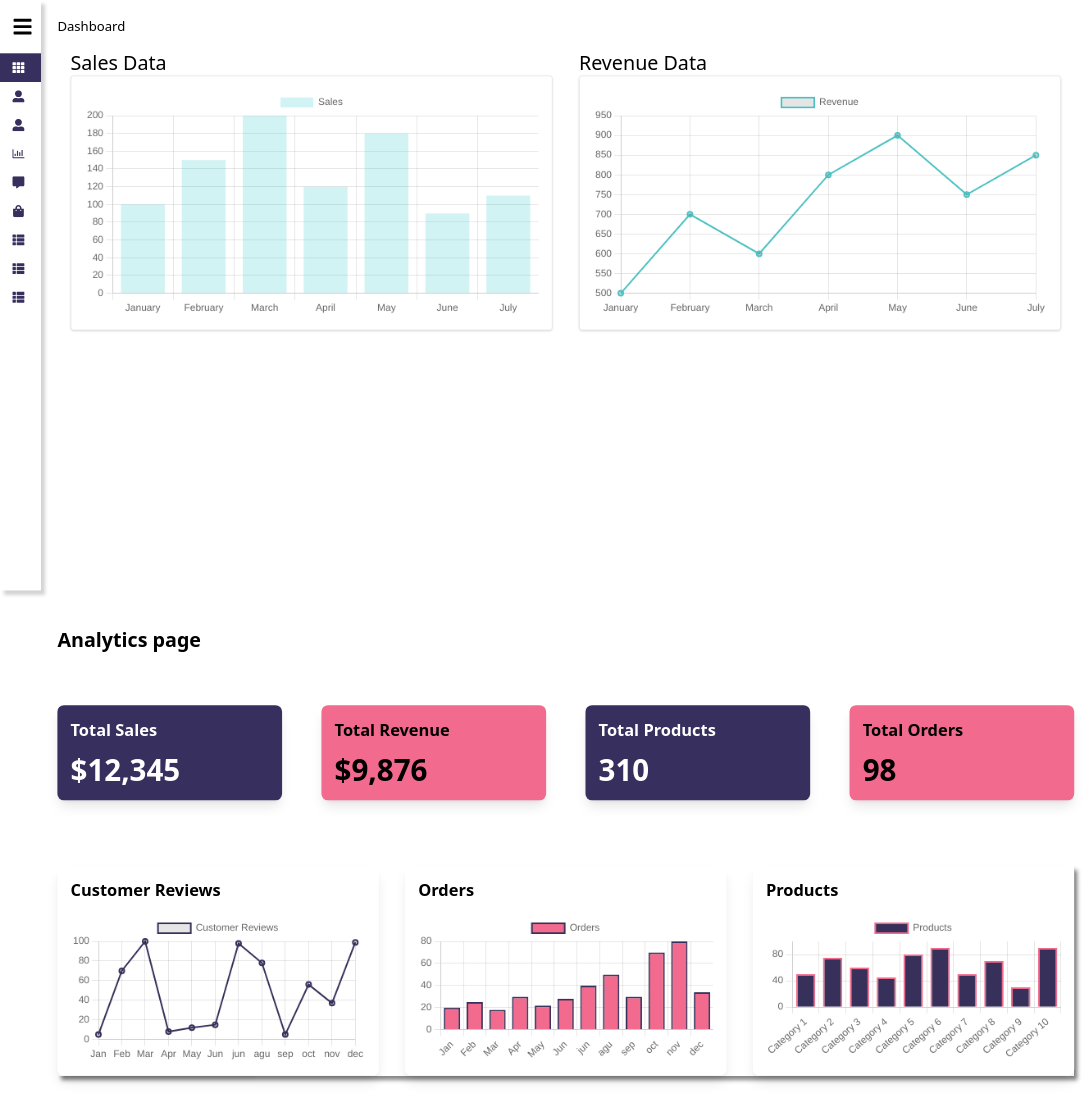
Repository: AndargWorku12/admin-dashboard
Page: /
An editor plug-in stored every save of this project. The page is shown before and after the next save, followed by the edit.
The browser window is 1280 px wide. The page is 1330 px wide, so the pictures cover 1330 px, including what lies to the right of the window. The pictures show the whole page, at 82% of full size.
The project was rebuilt for these pictures with package versions that can differ from the ones it lists, and the page was loaded fresh each time. Also part of the build but not shown: src/styles/orders.css, src/pages/OrderTable.tsx, src/pages/OrderModal.tsx, src/pages/Orders.tsx, src/pages/CategoryDropdown.tsx, src/pages/CategoryModal.tsx, src/pages/CategoryPage.tsx, src/styles/login.css and 9 more.

Above is the page before, as saved 2024-02-02 03:10:47.

### src/index.tsx
import { ColorModeScript } from "@chakra-ui/react"
import * as React from "react"
import * as ReactDOM from "react-dom/client"
import App from "./App"
import './index.css'

const container = document.getElementById("root")
if (!container) throw new Error('Failed to find the root element');
const root = ReactDOM.createRoot(container)

root.render(

  <React.StrictMode>
    <ColorModeScript />
    <App />
  </React.StrictMode>,

)

### src/App.tsx

import React, {useState} from 'react';
import { BrowserRouter, Route, Routes } from 'react-router-dom';
import Sidebar from './components/Sidebar';
import Dashboard from './pages/Dashboard';
// import SignUpForm from './pages/LoginPopup'
import Orders from './pages/Orders';
import Category from './pages/CategoryPage';
import Login from './pages/Login'
import Analytics from './pages/Analytics';
import CustemerReview from './pages/CustemerReview';
import ProductList from './pages/ProductList';
import ShopCard from './pages/ShopCard';
import './App.css'
import SignUpForm from './pages/SignUpForm';
import ForgotPassword from './pages/ForgetPassword';
import AnalyticsPage from './pages/Analytics';



type SaleData = {
  date: string;
  amount: number;
};

type RevenueData = {
  month: string;
  revenue: number;
};

type Product = {
    id: string;
    photo: string;
    name: string;
    price: number;
    category: string;
};

type Order = {
    id: string;
    productName: string;
    quantity: number;
    totalPrice: number;

};

type CategoryType = {
  id: string;
  photo:string;
  name: string;
};



// Sample props for components
type DashboardProps = {
  saleData: SaleData[];
  revenueData: RevenueData[];
  // ... other props
};

type AnalyticsProps = {
  salesData: SaleData[];
  // ... other props
};

type ProductProps = {
  products: Product[];
  onUpdate: (productId: string, updatedProduct: Product) => void;

};




type OrderProps = {
  orders: Order[];
  // ... other props
};

type CategoryProps = {
  categories: CategoryType[];
  // ... other props
};







const App: React.FC = () => {


// for the product page to handle
  const [products, setProducts] = useState<Product[]>([


    {
      id: '1',
      photo: 'https://img.ltwebstatic.com/images3_pi/2022/01/10/16417919016a32607182dd11dedeb77e8324b683e8_thumbnail_900x.webp',
      name: 'Product 1',
      price: 29.99,
      category: 'Electronics',
    },
    {
      id: '2',
      photo: 'https://img.ltwebstatic.com/images3_pi/2022/01/10/16417919016a32607182dd11dedeb77e8324b683e8_thumbnail_900x.webp',
      name: 'Product 2',
      price: 49.99,
      category: 'Clothing',
    },
    {
      id: '3',
      photo: 'https://img.ltwebstatic.com/images3_pi/2022/01/10/16417919016a32607182dd11dedeb77e8324b683e8_thumbnail_900x.webp',
      name: 'Product 3',
      price: 9.99,
      category: 'Books',
    },
    {
      id: '4',
      photo: 'https://img.ltwebstatic.com/images3_pi/2022/01/10/16417919016a32607182dd11dedeb77e8324b683e8_thumbnail_900x.webp',
      name: 'Product 4',
      price: 79.99,
      category: 'Home and Kitchen',
    },
    {
      id: '5',
      photo: 'https://img.ltwebstatic.com/images3_pi/2022/01/10/16417919016a32607182dd11dedeb77e8324b683e8_thumbnail_900x.webp',
      name: 'Product 5',
      price: 39.99,
      category: 'Toys',
    },



  ]);

  // Function to handle creating a new product
  const handleCreate = (newProduct: Product) => {
    setProducts((prevProducts) => [...prevProducts, newProduct]);
  };

  // Function to handle updating a product

  const handleUpdate = (productId: string, newName: string, newPrice: number) => {
    setProducts((prevProducts) =>
      prevProducts.map((product) =>
        product.id === productId
          ? { ...product, name: newName, price: newPrice }
          : product
      )
    );
  };



  // Function to handle deleting a product
  const handleDelete = (productId: string) => {
    setProducts((prevProducts) => prevProducts.filter((product) => product.id !== productId));
  };

//  for AnalyticsPage
// for category page


const [categories, setCategories] = useState<CategoryType[]>([
  {
    id: '1',
    photo: 'https://plus.unsplash.com/premium_photo-1661662850226-83c981ed4eba?w=500&auto=format&fit=crop&q=60&ixlib=rb-4.0.3&ixid=M3wxMjA3fDB8MHxzZWFyY2h8MXx8bGFwdG9wJTIwY29tcHV0ZXJ8ZW58MHx8MHx8fDA%3D',
    name: 'Category 1',
  },
  {
    id: '2',
    photo: 'https://plus.unsplash.com/premium_photo-1661662850226-83c981ed4eba?w=500&auto=format&fit=crop&q=60&ixlib=rb-4.0.3&ixid=M3wxMjA3fDB8MHxzZWFyY2h8MXx8bGFwdG9wJTIwY29tcHV0ZXJ8ZW58MHx8MHx8fDA%3D',
    name: 'Category 2',
  },
  {
    id: '3',
    photo: 'https://plus.unsplash.com/premium_photo-1661662850226-83c981ed4eba?w=500&auto=format&fit=crop&q=60&ixlib=rb-4.0.3&ixid=M3wxMjA3fDB8MHxzZWFyY2h8MXx8bGFwdG9wJTIwY29tcHV0ZXJ8ZW58MHx8MHx8fDA%3D',
    name: 'Category 3',
  },
  {
    id: '4',
    photo: 'https://plus.unsplash.com/premium_photo-1661662850226-83c981ed4eba?w=500&auto=format&fit=crop&q=60&ixlib=rb-4.0.3&ixid=M3wxMjA3fDB8MHxzZWFyY2h8MXx8bGFwdG9wJTIwY29tcHV0ZXJ8ZW58MHx8MHx8fDA%3D',
    name: 'Category 4',
  },

]);

// Function to handle creating a new category
// const handleCreateCategory = (newCategory: CategoryType) => {
//   setCategories((prevCategories) => [...prevCategories, newCategory]);
// };
const handleCreateCategory = (newCategory: CategoryType) => {
  // Add the new category to the list of categories
  setCategories((prevCategories) => [...prevCategories, newCategory]);
};

const handleUpdateCategory = (categoryId: string, newName: string) => {
  setCategories((prevCategories) =>
    prevCategories.map((category) =>
      category.id === categoryId ? { ...category, name: newName } : category
    )
  );
};

// Function to handle deleting a category
const handleDeleteCategory = (categoryId: string) => {
  setCategories((prevCategories) => prevCategories.filter((category) => category.id !== categoryId));
};

  const saleData: SaleData[] = [
    { date: '2022-01-01', amount: 100 },
    { date: '2022-01-02', amount: 150 },
    { date: '2022-01-03', amount: 200 },
    { date: '2022-01-04', amount: 120 },
    { date: '2022-01-05', amount: 180 },
    { date: '2022-01-06', amount: 90 },
    { date: '2022-01-07', amount: 110 },
    { date: '2022-01-08', amount: 130 },
    { date: '2022-01-09', amount: 170 },
    { date: '2022-01-10', amount: 160 },
  ];

  const revenueData: RevenueData[] = [
    { month: 'January', revenue: 500 },
    { month: 'February', revenue: 700 },
    { month: 'March', revenue: 600 },
    { month: 'April', revenue: 800 },
    { month: 'May', revenue: 900 },
    { month: 'June', revenue: 750 },
    { month: 'July', revenue: 850 },
    { month: 'August', revenue: 950 },
    { month: 'September', revenue: 700 },
    { month: 'October', revenue: 850 },
  ];


   const [orders, setOrders] = useState<Order[]>([
    {
      id: '1',
      productName: 'Laptop',
      quantity: 2,
      totalPrice: 2000,
    },
    {
      id: '2',
      productName: 'Smartphone',
      quantity: 3,
      totalPrice: 1200,
    },
    {
      id: '3',
      productName: 'Headphones',
      quantity: 1,
      totalPrice: 100,
    },
    {
      id: '4',
      productName: 'Camera',
      quantity: 1,
      totalPrice: 800,
    },

   ]);

  // Function to create a new order
  const handleCreateOrder = (newOrder: Order) => {
    setOrders((prevOrders) => [...prevOrders, newOrder]);
  };

  // Function to delete an order
  const handleDeleteOrder = (orderId: string) => {
    const updatedOrders = orders.filter(order => order.id !== orderId);
    setOrders(updatedOrders);
  };

  // Function to update an order
  const handleUpdateOrder = (orderId: string, updatedOrder: Order) => {
    // Placeholder implementation: Updating the order in the list
    setOrders((prevOrders) =>
      prevOrders.map((order) =>
        order.id === orderId ? { ...order, ...updatedOrder } : order
      )
    );
  };

  return (
    <div>
    <BrowserRouter>
    <Sidebar>
      <Routes>
        <Route path="/" element={<Dashboard saleData={saleData} revenueData={revenueData}  />} />
        <Route path="/dashboard" element={<Dashboard saleData={saleData} revenueData={revenueData}  />} />
       <Route path="/login" element={<Login/>}/>
       <Route path='/forget-password' element={<ForgotPassword/>}/>
        <Route path="/signup" element={<SignUpForm />} />
        <Route path="/review"element={<CustemerReview username="John" joinedDate="2022-01-01" reviewDate="2022-01-15" reviewText="Lorem ipsum" />}
/>

        <Route path="/analytics" element={<Analytics  />} />
        <Route
  path="/product"
  element={<ProductList />}
/>
        <Route path="/shop" element={<ShopCard />} />
        <Route
        path="/orders"
        element={
          <Orders
/>
        }
      />

        <Route
            path="/category"
            element={<Category />}
          />

      </Routes>
    </Sidebar>
  </BrowserRouter>
  </div>
  );
};

export default App;

### src/components/Sidebar.tsx
import React, { useState } from 'react';
import ReactNode from "react";
import {
    FaTh,
    FaBars,
    FaUserAlt,
    FaRegChartBar,
    FaCommentAlt,
    FaShoppingBag,
    FaThList
} from 'react-icons/fa';
import { NavLink, NavLinkProps } from 'react-router-dom';



interface MenuItem {
    path: string;
    name: string;
    icon: JSX.Element;
}

interface SidebarProps {
  children: React.ReactNode;
}
    const Sidebar: React.FC<React.PropsWithChildren<{}>> = ({ children }) => {
    const [isOpen, setIsOpen] = useState(false);

    const toggle = () => setIsOpen(!isOpen);

    const menuItems: MenuItem[] = [
        {
            path: '/',
            name: 'Dashboard',
            icon: <FaTh />,
        },
        {
            path: '/login',
            name: 'Login',
            icon: <FaUserAlt />,
        },
        {
          path: '/signup',
          name: 'Register form',
          icon: <FaUserAlt />,
      },
        {
            path: '/analytics',
            name: 'Analytics',
            icon: <FaRegChartBar />,
        },
        {
            path: '/review',
            name: 'CustemerReview',
            icon: <FaCommentAlt />,
        },
        {
            path: '/product',
            name: 'Product',
            icon: <FaShoppingBag />,
        },
        {
            path: '/category',
            name: 'Category List',
            icon: <FaThList />,
        },
        {
          path: '/orders',
          name: 'Orders',
          icon: <FaThList />,
      },
      {
        path: '/shop',
        name: 'Sample product',
        icon: <FaThList />,
    },
    ];

    return (
        <div className="container">
            <div style={{ width: isOpen ? '200px' : '50px' }} className="sidebar">
                <div className="top_section">
                    <h1 style={{ display: isOpen ? 'block' : 'none' }} className="logo">
                        Logo
                    </h1>
                    <div style={{ marginLeft: isOpen ? '50px' : '0px' }} className="bars">
                        <FaBars onClick={toggle} />
                    </div>
                </div>
                {menuItems.map((item, index) => (
                    <NavLink to={item.path} key={index} className="link"
                    //  activeClassName="active"
                     >
                        <div className="icon">{item.icon}</div>
                        <div style={{ display: isOpen ? 'block' : 'none' }} className="link_text text-sm">
                            {item.name}
                        </div>
                    </NavLink>
                ))}
            </div>
            <main>{children}</main>
        </div>
    );
};

export default Sidebar;

### src/pages/Dashboard.tsx
import React from 'react';
import { Bar, Line } from 'react-chartjs-2';
import {
  Chart as ChartJS,
  CategoryScale,
  LinearScale,
  BarElement,
  PointElement,
  LineElement,
  Title,
  Tooltip,
  Legend,
} from 'chart.js';
import AnalyticsPage from './Analytics';

ChartJS.register(
  CategoryScale,
  LinearScale,
  BarElement,
  PointElement,
  LineElement,
  Title,
  Tooltip,
  Legend
);
// import Chart from 'chart.js/auto';
// Assuming saleData and revenueData are custom types
type SaleData = {
  date: string;
  amount: number;
};

type RevenueData = {
  month: string;
  revenue: number;
};

interface DashboardProps {
  saleData: SaleData[];
  revenueData: RevenueData[];
}

const Dashboard: React.FC<DashboardProps> = ({ saleData, revenueData }) => {
  const barChartData = {
    labels: ['January', 'February', 'March', 'April', 'May', 'June', 'July'],
    datasets: [
      {
        label: 'Sales',
        data: saleData.map((data) => data.amount),
        backgroundColor: 'rgba(34,192,192,0.2)',



      },
    ],
  };

  const lineChartData = {
    labels: ['January', 'February', 'March', 'April', 'May', 'June', 'July'],
    datasets: [
      {
        label: 'Revenue',
        data: revenueData.map((data) => data.revenue),
        fill: false,
        borderColor: 'rgba(75,192,192,1)',
        borderWidth: 2,
        //some thing


      },
    ],
  };

  return (
    <div>
      <h2>Dashboard</h2>
<div className="flex h-screen">
      <div className="flex-1 max-w-screen-md p-4">
        <h3 className="text-2xl">Sales Data</h3>
        <div className="border p-4 bg-white rounded shadow">
        <Bar data={barChartData} />
      </div>
      </div>

      <div className="flex-1 max-w-screen-md p-4">
        <h3 className="text-2xl">Revenue Data</h3>
        <div className="border p-4 bg-white rounded shadow" >
        <Line data={lineChartData} />
        </div>
      </div>
      </div>
      <div>
      <AnalyticsPage/>
      </div>
    </div>
  );
};

export default Dashboard;











// import React from 'react';
// import { Bar, Line } from 'react-chartjs-2';

// interface DashboardProps {
//   saleData: saleData[];
//   revenueData: revenueData[];
// }

// const Dashboard: React.FC<DashboardProps> = ({ saleData, revenueData }) => {
//   const barChartData = {
//     labels: ['January', 'February', 'March', 'April', 'May', 'June', 'July'],
//     datasets: [
//       {
//         label: 'Sales',
//         data: saleData,
//         backgroundColor: 'rgba(75,192,192,0.2)',
//         borderColor: 'rgba(75,192,192,1)',
//         borderWidth: 1,
//       },
//     ],
//   };

//   const lineChartData = {
//     labels: ['January', 'February', 'March', 'April', 'May', 'June', 'July'],
//     datasets: [
//       {
//         label: 'Revenue',
//         data: revenueData,
//         fill: false,
//         borderColor: 'rgba(75,192,192,1)',
//         borderWidth: 2,
//       },
//     ],
//   };

//   return (
//     <div>
//       <h2>Dashboard</h2>

//       <div>
//         <h3>Sales Data</h3>
//         <Bar data={barChartData} />
//       </div>

//       <div>
//         <h3>Revenue Data</h3>
//         <Line data={lineChartData} />
//       </div>
//     </div>
//   );
// };

// export default Dashboard;

### src/pages/Analytics.tsx

// Install dependencies:
// npm install react-chartjs-2 chart.js

import React from 'react';
import { Bar, Line } from 'react-chartjs-2';
import '../styles/analytics.css'
const AnalyticsPage: React.FC = () => {
  // Sample data
  const customerReviewData = {
    labels: ['Jan', 'Feb', 'Mar', 'Apr', 'May', 'Jun','jun','agu','sep','oct','nov','dec'],
    datasets: [
      {
        label: 'Customer Reviews',
        data: [5, 70, 100, 8, 12, 15,98,78,5,56,37,99],
        borderColor: '#37305A',
        borderWidth: 2,
        fill: false,
      },
    ],
  };

  const ordersData = {
    labels: ['Jan', 'Feb', 'Mar', 'Apr', 'May', 'Jun','jun','agu','sep','oct','nov','dec'],
    datasets: [
      {
        label: 'Orders',
        data: [20, 25, 18, 30, 22, 28,40,50,30,70,80,34],
        backgroundColor: '#F26A8D',
        borderColor: '#37305A',
        borderWidth: 2,
      },
    ],
  };

  const productsData = {
    labels: ['Category 1', 'Category 2', 'Category 3', 'Category 4', 'Category 5','Category 6','Category 7','Category 8','Category 9','Category 10'],
    datasets: [
      {
        label: 'Products',
        data: [50, 75, 60, 45, 80,90,50,70,30,90],
        backgroundColor: '#37305A',
        borderColor: '#F26A8D',
        borderWidth: 2,

      },
    ],
  };

  return (
    <>
    <h2 className='text-black font-bold text-2xl mb-16'>Analytics page</h2>

    <div className="col-span-4 md:col-span-2 lg:col-span-1 flex justify-between gap-8 mb-20 ">
          <div className="card1 p-4 rounded-lg shadow-lg flex-1 mr-4">
            <h2 className="text-xl font-bold mb-4">Total Sales</h2>
            <p className="text-4xl font-bold">$12,345</p>
          </div>
                {/* <div className='gap-8 col-span-3 md:col-span-2 lg:col-span-1 flex justify-between w-48'> */}
          <div className=" card2 p-4 rounded-lg shadow-lg flex-1 mr-4">
            <h2 className="text-xl font-bold mb-4">Total Revenue</h2>
            <p className="text-4xl font-bold">$9,876</p>
          </div>



          <div className="card1 p-4 rounded-lg shadow-lg flex-1 mr-4">
            <h2 className="text-xl font-bold mb-4">Total Products</h2>
            <p className="text-4xl font-bold">310</p>
          </div>


          <div className="card2 p-4 rounded-lg shadow-lg flex-1">
            <h2 className="text-xl font-bold mb-4">Total Orders</h2>
            <p className="text-4xl font-bold">98</p>
          </div>
          {/* <div className="bg-white p-4 rounded-lg shadow-lg flex-1">
            <h2 className="text-xl font-bold mb-4">Total Categories</h2>
            <p className="text-4xl font-bold">15</p>
          </div> */}
          {/* </div> */}
        </div>
    <div className="container mx-auto my-8 ">

      <div className=" chart grid grid-cols-1 md:grid-cols-2 lg:grid-cols-3 gap-8 w-screen ">
        {/* Customer Reviews Chart */}
        <div className="bg-white p-4 rounded-lg shadow-lg ">
          <h2 className="text-xl font-bold mb-4">Customer Reviews</h2>
          <Line data={customerReviewData} />
        </div>

        {/* Orders Chart */}
        <div className=" bg-white p-4 rounded-lg shadow-lg">
          <h2 className="text-xl font-bold mb-4">Orders</h2>
          <Bar data={ordersData} />
        </div>

        {/* Products Chart */}
        <div className="  bg-white p-4 rounded-lg shadow-lg ">
          <h2 className="text-xl font-bold mb-4">Products</h2>
          <Bar data={productsData} />
        </div>

        {/* Total Metrics Cards */}
        {/* <div className='col-span-3 md:col-span-2 lg:col-span-1 flex justify-between gap-10'> */}


        {/* <div className="col-span-3 md:col-span-2 lg:col-span-1 flex justify-between gap-8 w-48">
          <div className="bg-white p-4 rounded-lg shadow-lg flex-1 mr-4">
            <h2 className="text-xl font-bold mb-4">Total Reviews</h2>
            <p className="text-4xl font-bold">135</p>
          </div>




        </div> */}


        {/* </div> */}
      </div>
    </div>
    </>
  );
};

export default AnalyticsPage;

### src/App.css
* {
    margin: 0;
    padding: 0;
    text-decoration: none;
    /* background: #fff; */
    /* color: #fff; */
    /* background: #0e1630 */
    /* background-color: #0e1630; */
}

.container {
    display: flex;
}

main {
    width: 100%;
    padding: 20px;
}

.sidebar {
    background: #fff;
    /* background: #0e1630; */
    box-shadow: 5px 5px 4px rgb(212, 212, 212);
    color: #000;
    height: 100vh;
    width: 200px;
    transition: all 0.5s;
}

.top_section {
    display: flex;
    align-items: center;
    padding: 20px 15px;
}

.logo {
    font-size: 30px;
}

.bars {
    display: flex;
    font-size: 25px;
    margin-left: 50px;
}

.link {
    display: flex;
    color: #37305F;
    padding: 10px 15px;
    gap: 15px;
    transition: all 0.5s;
}

.link:hover {
    background: #37305F;
    color: #fff;
    transition: all 0.5s;
}

.active {
    background: #37305F;
    color: #fff;
}

.icon,
.link_text {
    font-size: 15px;
}

### src/styles/analytics.css
.card1 {
    background: #37305F;
    color: #fff;
}

.card2 {
    background: #F26A8D;
    color: black;
}

.chart {
    box-shadow: 5px 5px 5px gray;
}


/*
.customer {
    width: 50%;
}

.orders {
    width: 50%;
} */

Loaded but not shown: public/index.html (common file); src/index.css (common file); tailwind.config.js (common file)

After the next save:
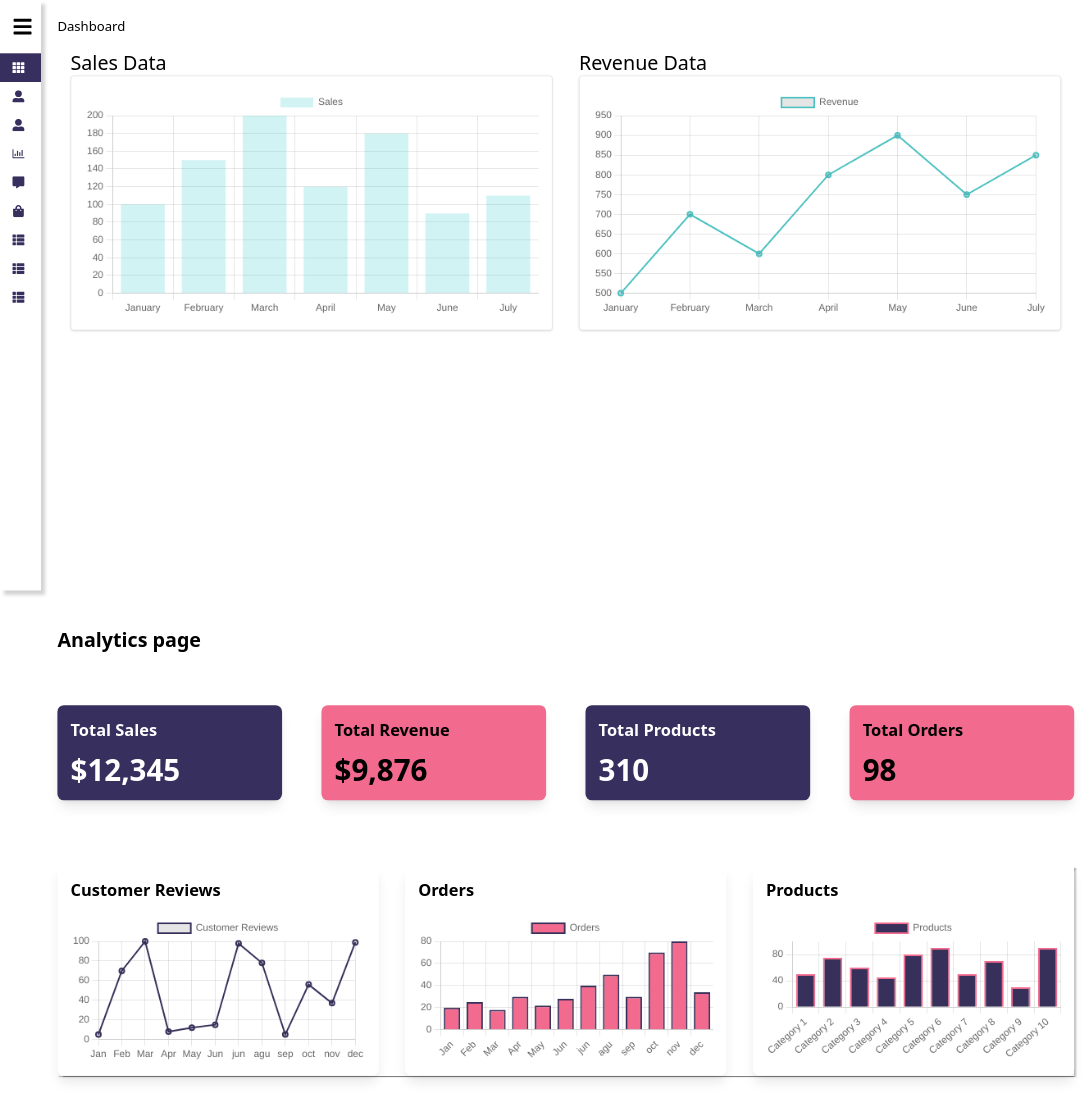
Saved 21 s later.
--- a/src/styles/analytics.css
+++ b/src/styles/analytics.css
@@ -9,7 +9,7 @@
 }
 
 .chart {
-    box-shadow: 5px 5px 5px gray;
+    box-shadow: 2px 2px 2px gray;
 }
 
 
